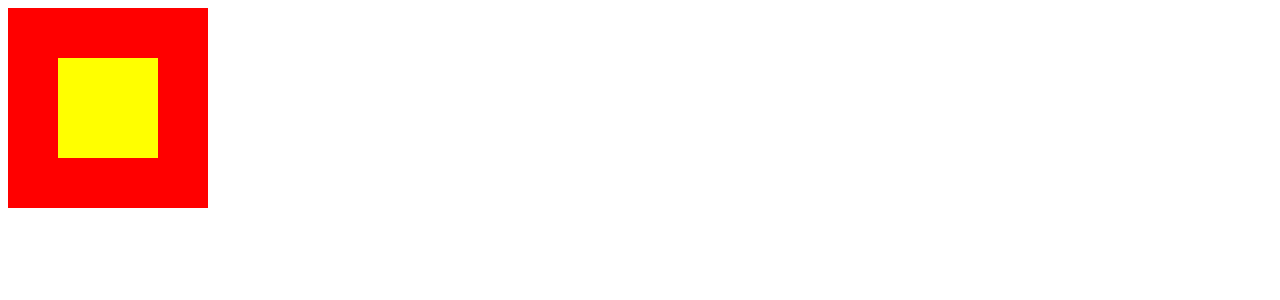
Repository: Qianfane/Blog
Page: CSS/居中测试/2.5 center-table.html
An editor plug-in stored every save of this project. The page is shown before and after a run of saves, followed by the edit.
The browser window is 1280 px wide. The pictures show the whole page.

Above is the page before, as saved 2022-01-25 19:52:17.

After the next 2 saves:
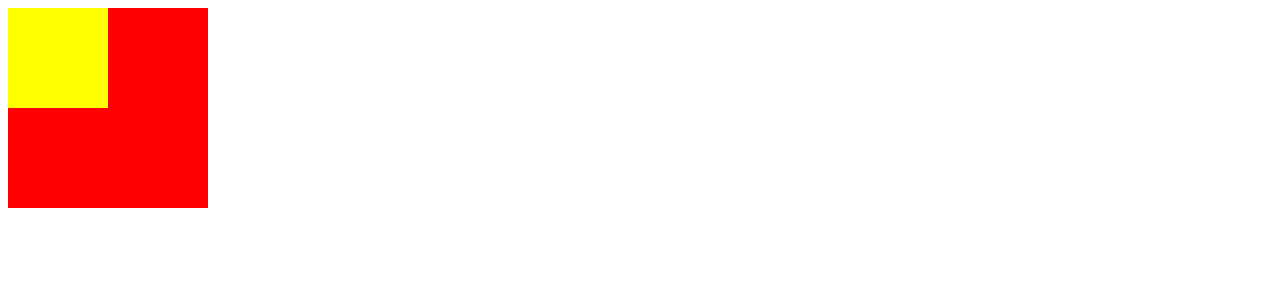
The 2 saves are shown as one change because they came seconds apart.
The last was saved 27 s later.
--- a/CSS/居中测试/2.5 center-table.html
+++ b/CSS/居中测试/2.5 center-table.html
@@ -9,9 +9,7 @@
 <body>
 <style>
     .outer {
-        display: grid;
-        justify-content: center;
-        align-items: center;
+        display: table-cell;
 
         width: 200px;
         height: 200px;
